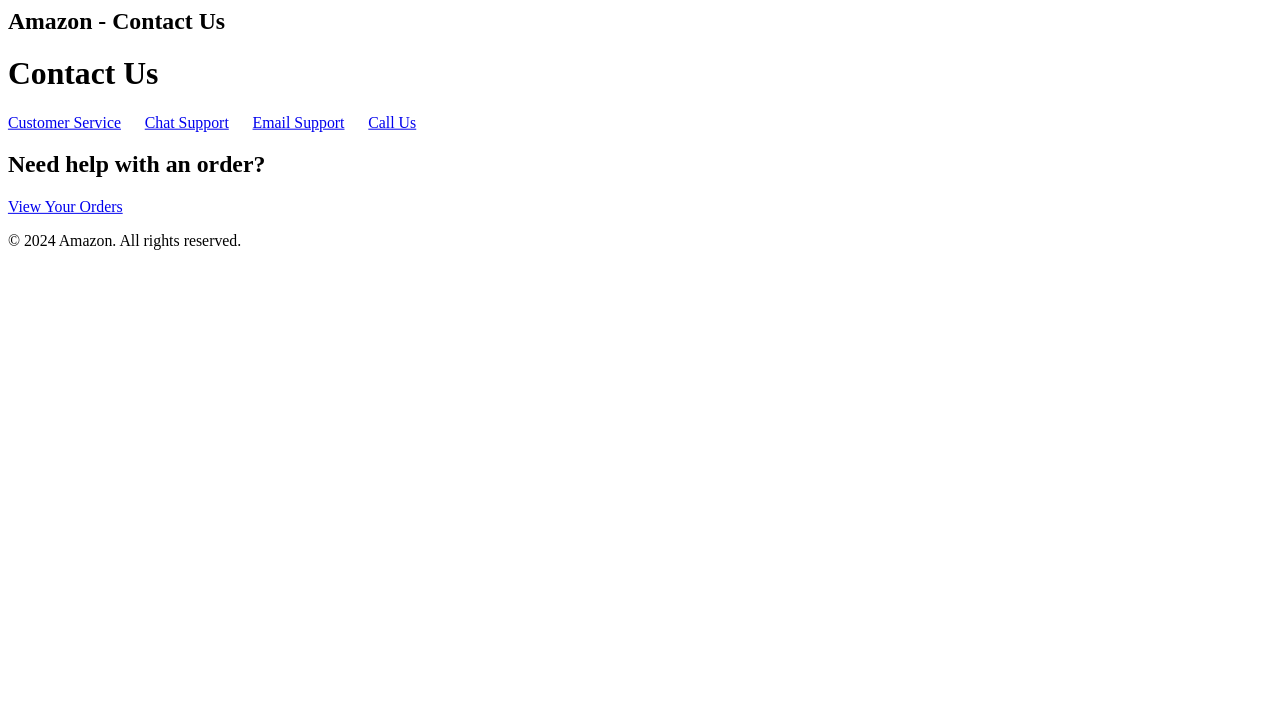
Repository: Lathadasari3010/SoftwareExamples
Page: SpringBoot/src/main/resources/static/contact-us.html
These files come from the project's save history. The page is drawn as it stood at one moment and after the next save; the edit follows.
The browser window is 1280 px wide. The pictures show the whole page, at 99% of full size.

Above is the page before, as saved 2024-12-19 10:35:30.

After the next save:
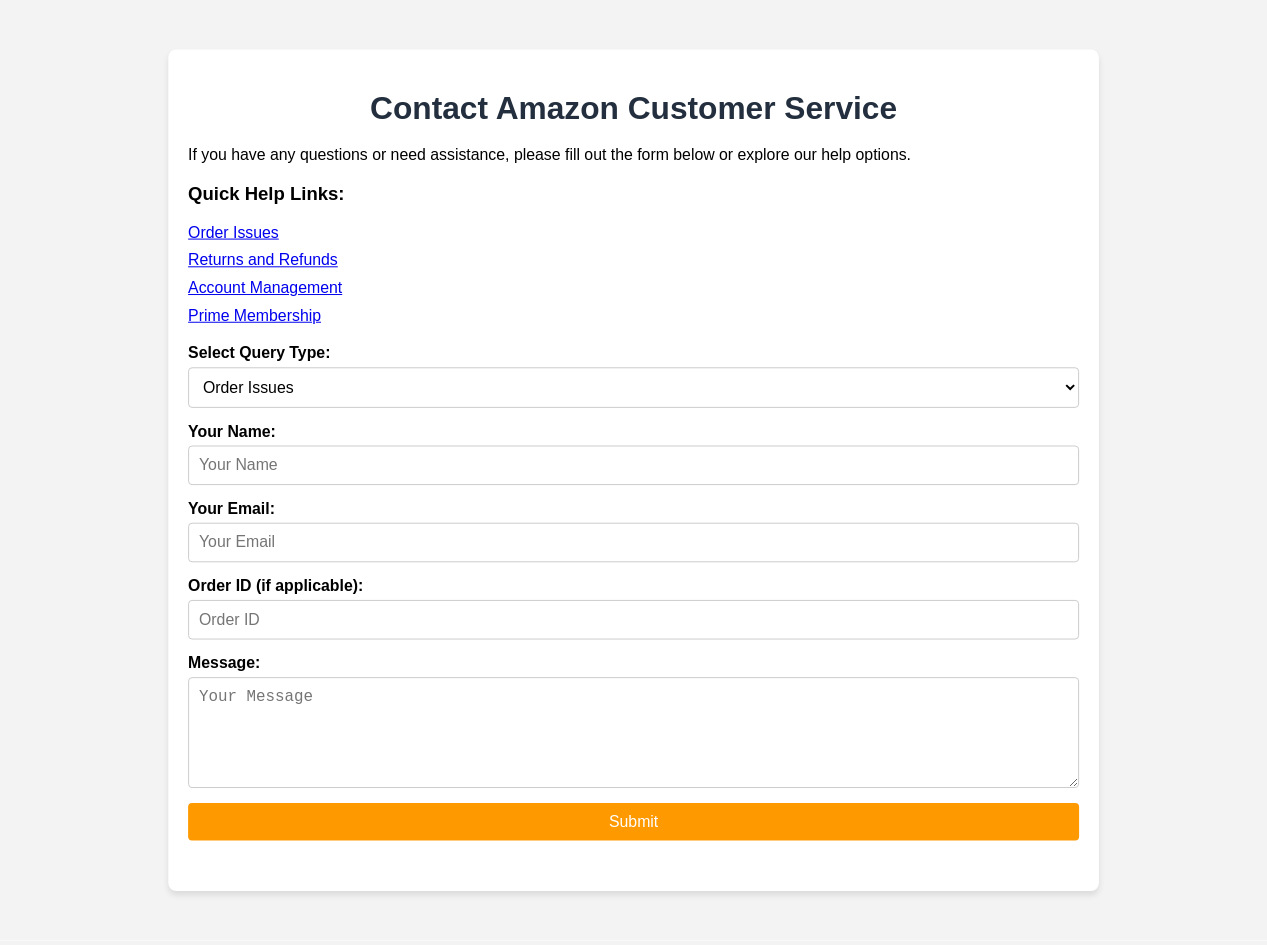
Saved 4 min 18 s later.
--- a/SpringBoot/src/main/resources/static/contact-us.html
+++ b/SpringBoot/src/main/resources/static/contact-us.html
@@ -1,24 +1,100 @@
 <html>
-	<body>
-	    <div>
-	        <h2>Amazon - Contact Us</h2>
-	    </div>
-	    <div>
-			<div class="contact-us-page">
-			        <h1 class="contact-us-header">Contact Us</h1>
-			        <div class="contact-options">
-			            <a class="contact-link" href="/help/customer-service">Customer Service</a>&nbsp; &nbsp; &nbsp;
-			            <a class="contact-link" href="/help/chat-support">Chat Support</a>&nbsp; &nbsp; &nbsp;
-			            <a class="contact-link" href="/help/email-support">Email Support</a>&nbsp; &nbsp; &nbsp;
-			            <a class="contact-link" href="/help/call-support">Call Us</a>&nbsp; &nbsp; &nbsp;
-			        </div>
-			        <div class="help-section">
-			            <h2 class="help-header">Need help with an order?</h2>
-			            <a class="order-help-link" href="/orders">View Your Orders</a>
-			        </div>
-			    </div
-	    <div>
-	        <p>&copy; 2024 Amazon. All rights reserved.</p>
-	    </div>
-	</body>
+<head>
+    <meta charset="UTF-8">
+    <meta name="viewport" content="width=device-width, initial-scale=1.0">
+    <title>Amazon Contact Us</title>
+    <style>
+        body {
+            font-family: Arial, sans-serif;
+            margin: 0;
+            padding: 0;
+            background-color: #f3f3f3;
+        }
+        .container {
+            max-width: 900px;
+            margin: 50px auto;
+            padding: 20px;
+            background-color: white;
+            border-radius: 8px;
+            box-shadow: 0 4px 6px rgba(0, 0, 0, 0.1);
+        }
+        h1 {
+            text-align: center;
+            color: #232f3e;
+            margin-bottom: 20px;
+        }
+        form {
+            display: flex;
+            flex-direction: column;
+        }
+        label {
+            margin-bottom: 5px;
+            font-weight: bold;
+        }
+        select, input, textarea, button {
+            margin-bottom: 15px;
+            padding: 10px;
+            font-size: 16px;
+            border: 1px solid #ccc;
+            border-radius: 4px;
+        }
+        select {
+            background-color: #fff;
+        }
+        button {
+            background-color: #ff9900;
+            color: white;
+            border: none;
+            cursor: pointer;
+        }
+        button:hover {
+            background-color: #cc7a00;
+        }
+        .help-options {
+            margin-bottom: 20px;
+        }
+        .help-options div {
+            margin-bottom: 10px;
+        }
+    </style>
+</head>
+<body>
+    <div class="container">
+        <h1>Contact Amazon Customer Service</h1>
+        <p>If you have any questions or need assistance, please fill out the form below or explore our help options.</p>
+
+        <div class="help-options">
+            <h3>Quick Help Links:</h3>
+            <div><a href="#">Order Issues</a></div>
+            <div><a href="#">Returns and Refunds</a></div>
+            <div><a href="#">Account Management</a></div>
+            <div><a href="#">Prime Membership</a></div>
+        </div>
+
+        <form action="/submit-query" method="POST">
+            <label for="query-type">Select Query Type:</label>
+            <select id="query-type" name="query-type" required>
+                <option value="order">Order Issues</option>
+                <option value="returns">Returns and Refunds</option>
+                <option value="account">Account Management</option>
+                <option value="prime">Prime Membership</option>
+                <option value="other">Other</option>
+            </select>
+
+            <label for="name">Your Name:</label>
+            <input type="text" id="name" name="name" placeholder="Your Name" required>
+
+            <label for="email">Your Email:</label>
+            <input type="email" id="email" name="email" placeholder="Your Email" required>
+
+            <label for="order-id">Order ID (if applicable):</label>
+            <input type="text" id="order-id" name="order-id" placeholder="Order ID">
+
+            <label for="message">Message:</label>
+            <textarea id="message" name="message" rows="5" placeholder="Your Message" required></textarea>
+
+            <button type="submit">Submit</button>
+        </form>
+    </div>
+</body>
 </html>
